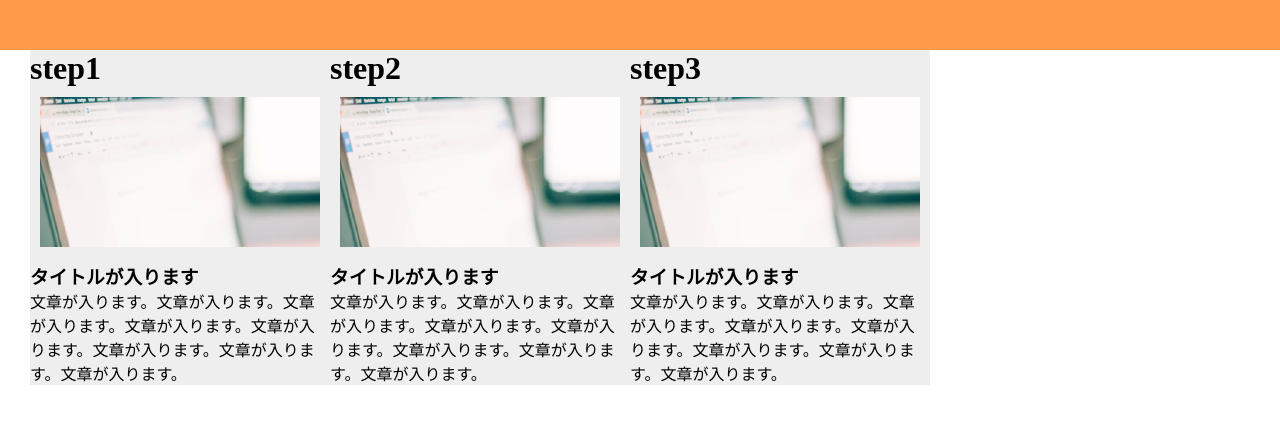
Repository: Kadaisakusei/Bookers2debug-
Page: Assignment1/main.html
The author's editor kept a record of every edit. The page is drawn from the files as they stood at one moment, then again after the next edit.
The browser window is 1280 px wide. The pictures show the whole page.

Above is the page before.

### Assignment1/main.html
<!DOCTYPE HTML>
<html lang="ja">
  <head>
    <meta charset="UTF-8" />
    <link rel="stylesheet" href="add.css" />
    <title>課題１</title>
  </head>

<div class="bar-top"></div>

  <main>
    <div class="contents">
      <h1 class="step">step1</h1>
        <div class="image 1"></div>
        <h3>タイトルが入ります</h3>
        <div class="text">文章が入ります。文章が入ります。文章が入ります。文章が入ります。文章が入ります。文章が入ります。文章が入ります。文章が入ります。</div>
    </div>

    <div class="contents">
      <h1 class="step">step2</h1>
        <div class="image"></div>
        <h3>タイトルが入ります</h3>
        <div class="text">文章が入ります。文章が入ります。文章が入ります。文章が入ります。文章が入ります。文章が入ります。文章が入ります。文章が入ります。</div>
    </div>

    <div class="contents">
      <h1 class="step">step3</h1>
        <div class="image"></div>
        <h3>タイトルが入ります</h3>
        <div class="text">文章が入ります。文章が入ります。文章が入ります。文章が入ります。文章が入ります。文章が入ります。文章が入ります。文章が入ります。</div>
    </div>





  </main>

<div class="bar-under"></div>

### Assignment1/add.css
* {
  margin: 0;
  padding: 0;
  box-sizing: border-box;
}

.bar-top{
  width: 100%;
  height: 50px;
  background-color: #FF9A4B
}

 main{
  width: 960px;
  display: flex;
  justify-content: center;
}

.contents{
  width: 300px;
  background-color: #EEEEEE
}

.image{
  height: 150px;
  margin: 10px 10px 15px 10px;
  background-image: url(img-Assignment1/flow01.png);
}

.image 1{
  background-image: url(img-Assignment1/flow01.png);
}

.text{
  width: 300px

}

After the next edit:
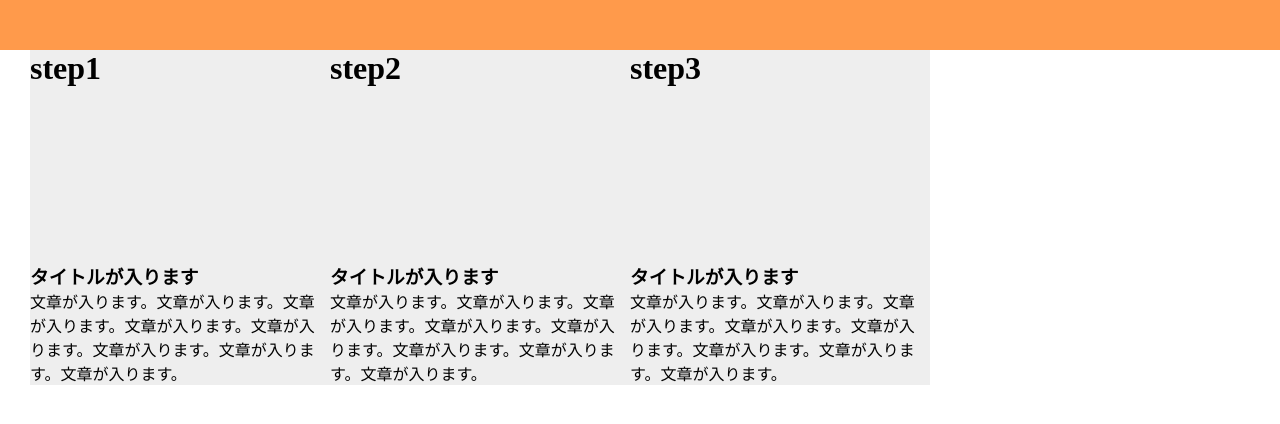
The edit:
--- a/Assignment1/add.css
+++ b/Assignment1/add.css
@@ -24,7 +24,6 @@
 .image{
   height: 150px;
   margin: 10px 10px 15px 10px;
-  background-image: url(img-Assignment1/flow01.png);
 }
 
 .image 1{
